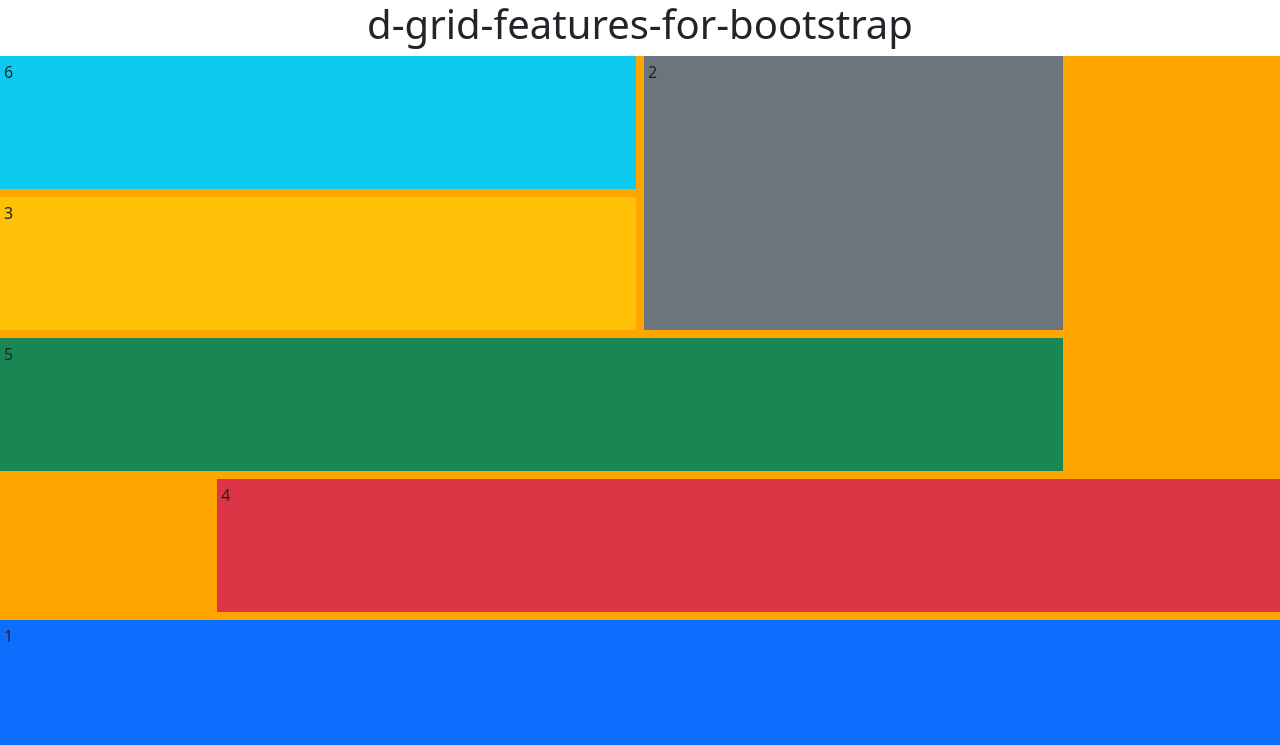
Repository: LynxPardelle/d-grid-features-for-bootstrap
Page: index.html
The author's editor kept a copy of each file at every save. The page is drawn from the files as they stood at one save, then again after the next save.
The browser window is 1280 px wide. The pictures show the whole page.

Above is the page before, as saved 2021-10-20 18:52:45.

After the next save:
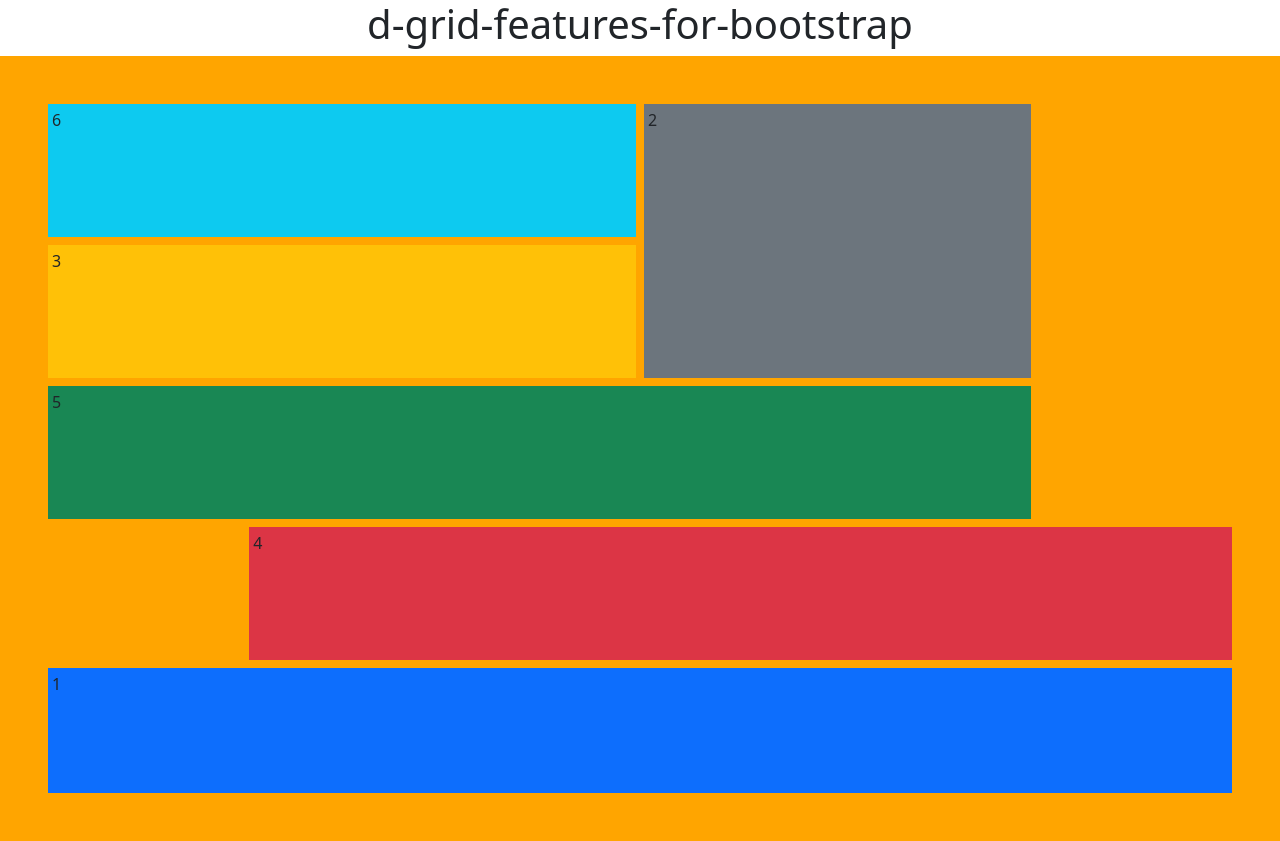
Saved 34 s later.
--- a/index.html
+++ b/index.html
@@ -14,9 +14,9 @@
   <!-- <section class="d-grid bg-dark" data-gfbs data-gfbs-gtc="repeat(4, 1fr)" data-gfbs-gtr="repeat(2, 50px)" > -->
     <!-- <section class="d-grid bg-dark" data-gfbs data-gfbs-gta='"f f b c c a"" f f d e e a"'> -->
       <section class="d-grid" data-gfbs
-      data-gfbs-custom="background-color: black;"
-      data-gfbs-custom-sm="background-color: pink;"
-      data-gfbs-custom-md="background-color: orange;"
+      data-gfbs-custom="background-color: black; padding: 1rem;"
+      data-gfbs-custom-sm="background-color: pink; padding: 2rem;"
+      data-gfbs-custom-md="background-color: orange; padding: 3rem;"
       data-gfbs-gt='
       [row1-start] "a a b ." 12.5px [row1-end]
       [row2-start] "a a b ." 12.5px [row2-end]
